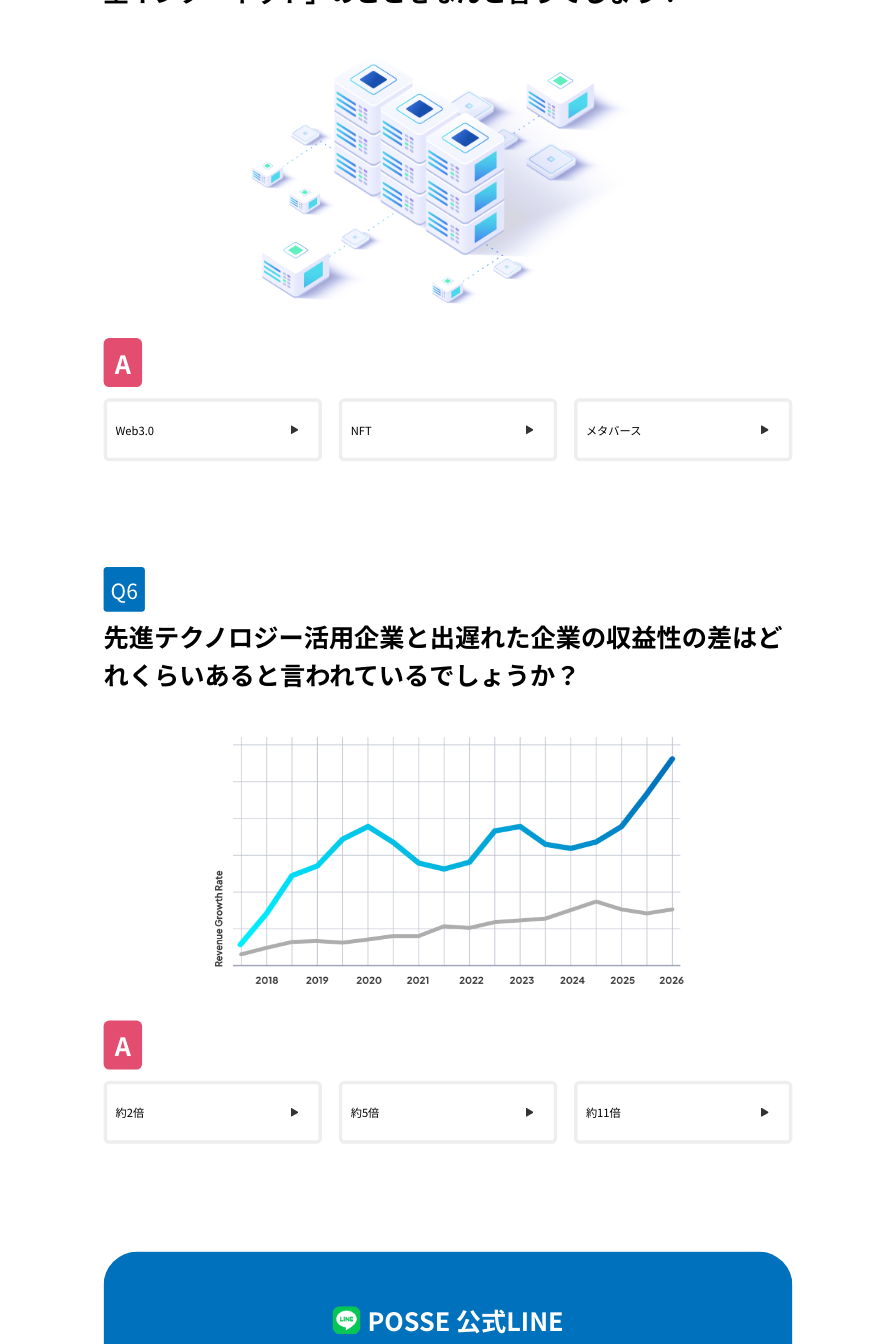
Repository: posse-ap/gen3.0-yurietanaka
Page: ph1-web-quiz/index.html
The author's editor kept a copy of each file at every save. The page is drawn from the files as they stood at one save, then again after the next save.
The browser window is 1280 px wide. The pictures show the part of the page from y = 4580 to 6500 px (the page is 7059 px tall), at 70% of full size.
Pictures or frames that could not be fetched are drawn as grey boxes.

Above is the page before, as saved 2022-09-02 15:23:28.

After the next save:
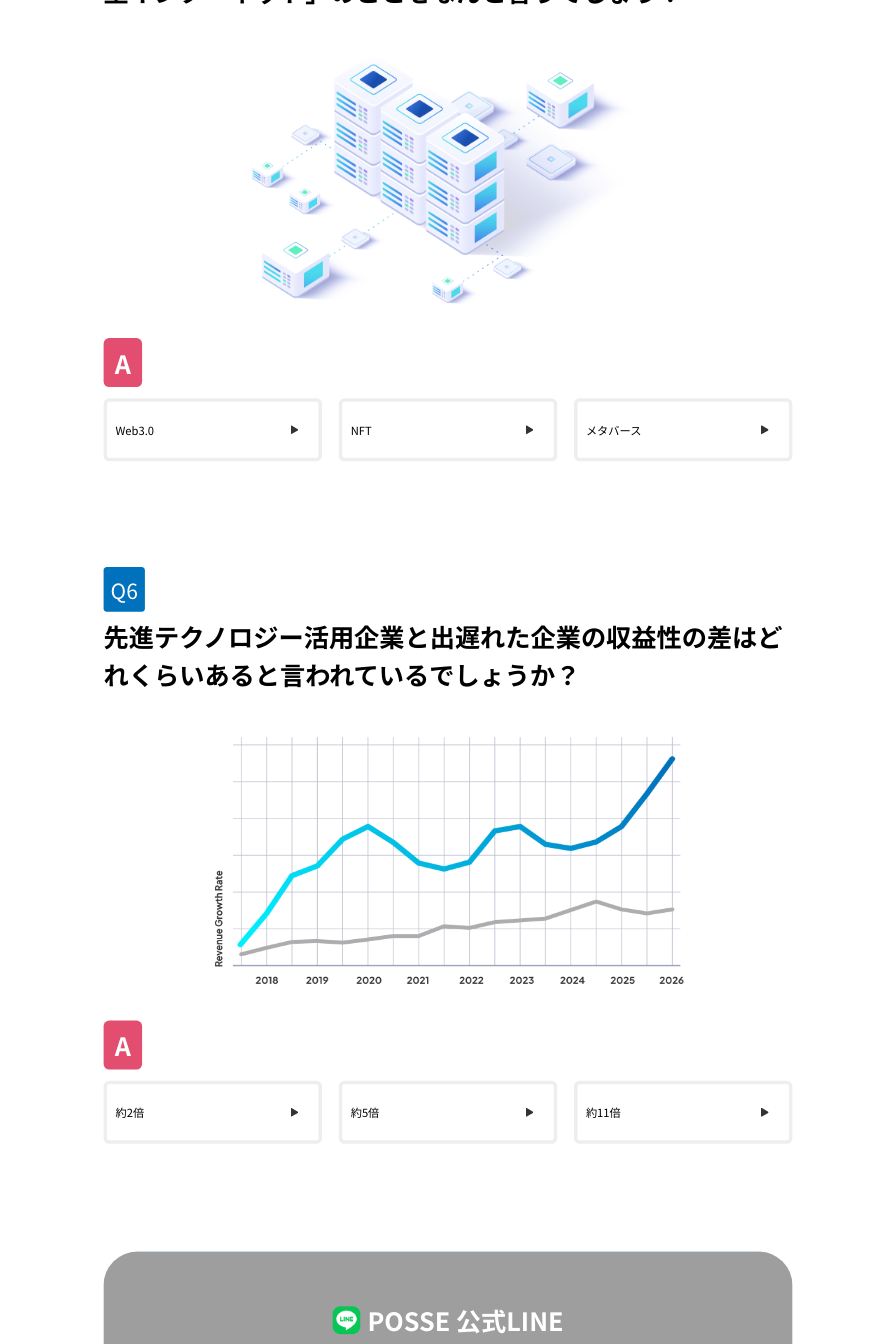
Saved 2 s later.
--- a/ph1-web-quiz/style.css
+++ b/ph1-web-quiz/style.css
@@ -256,7 +256,7 @@ display: flex;
 flex-direction: column;
 align-items: center;
 justify-content: center;
-background-image: url(./);
+background-image: url(./assets-ph1-website-main\ 2/);
 }
 .p-line-body-inner{
 display: flex;
